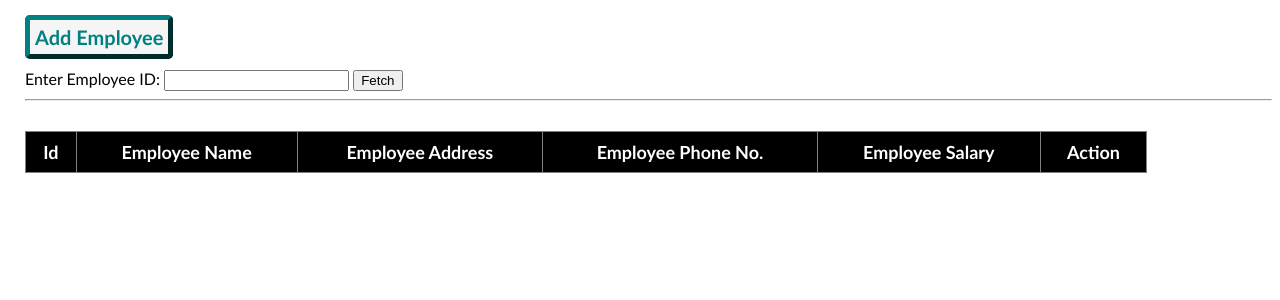
Repository: prieeyatambe/priyatambe_SpringMavenHibernate
Page: http://localhost/Project/WEB-INF/view/list.jsp
The author's editor kept a copy of each file at every save. The page is drawn from the files as they stood at one save, then again after the next save.
The browser window is 1280 px wide. The pictures show the whole page.
The page is served by Tomcat 9. Nobody is signed in. Other server files are loaded and not shown. The template is opened directly, without the code that normally fills it, so the values that code supplies are empty.

Above is the page before, as saved 2024-03-08 10:44:57.

### SpringMaven/mavenproject/Project/src/main/webapp/WEB-INF/view/list.jsp
<%@ page language="java" contentType="text/html; charset=UTF-8"
	pageEncoding="UTF-8"%>
<%@ taglib uri="http://java.sun.com/jsp/jstl/core" prefix="c"%>
<%@ taglib uri="http://www.springframework.org/tags/form" prefix="form"%>
<!DOCTYPE html>
<html>
<head>
<meta charset="UTF-8">
<title>Employee List</title>
<style type="text/css">
body {
	font-family: 'Trebuchet MS', 'Lucida Sans Unicode', 'Lucida Grande',
		'Lucida Sans', Arial, sans-serif;
	align-content: center;
	margin-left: 25px;
	margin-top: 25px;
}

a {
	font-size: 20px;
	text-decoration: none;
	margin-bottom: 30px;
	margin-top: 40px;
}

table {
	width: 90%;
	padding: 10px;
	border-collapse: collapse;
	font-size: 18px;
	margin-top: 30px;
}

th, tr {
	text-align: center;
	padding: 9px;
}

th {
	background-color: black;
	color: white;
}

td {
	background-color: whitesmoke;
	padding: 9px;
}

.link-button {
	background-color: whitesmoke;
	padding: 5px;
	color: teal;
	border: 5px outset teal;
	border-radius: 5px;
	font-weight: bold;
}
.link-button:hover{
	background-color: teal;
	color: whitesmoke;

}
.btn-delete {
	background-color: crimson;
	width: 70px;
	border: 2px solid crimson;
	border-radius: 5px;
	color: white;
	font-family: 'Trebuchet MS', 'Lucida Sans Unicode', 'Lucida Grande',
		'Lucida Sans', Arial, sans-serif;
	font-size: 17px;
}
.btn-delete:hover{
	background-color: white;
	color: crimson;
}

.btn-update {
	background-color: green;
	width: 70px;
	border: 2px solid green;
	border-radius: 5px;
	color: white;
	font-family: 'Trebuchet MS', 'Lucida Sans Unicode', 'Lucida Grande',
		'Lucida Sans', Arial, sans-serif;
	font-size: 17px;
}
.btn-update:hover{
	background-color: white;
	color: green;
}
.fetch-emp {
	margin-top: 20px;
}
</style>
</head>
<body>

	<a href="addEmp" class="link-button">Add Employee</a>
	<br>

	<div class="fetch-emp">
		<form action="fetchEmp" method="get">
			<label for="employeeId">Enter Employee ID:</label> <input type="text"
				id="employeeId" name="id"> <input type="submit"
				value="Fetch">
		</form>
	</div>
	<hr>
	<table border="1">
		<tr>
			<th>Id</th>
			<th>Employee Name</th>
			<th>Employee Address</th>
			<th>Employee Phone No.</th>
			<th>Employee Salary</th>
			<th colspan="2">Action</th>
		</tr>
		<c:forEach items="${emplist}" var="employee">
			<tr>
				<td>${employee.id}</td>
				<td>${employee.employeeName}</td>
				<td>${employee.employeeAddress}</td>
				<td>${employee.employeePhone}</td>
				<td>${employee.employeeSalary}</td>
				<td>
					<form action="update" method="get">
						<input type="hidden" name="id" value="${employee.id}"> <input
							type="submit" value="Update" class="btn-update">
					</form>
				</td>
				<td>
					<form action="delete" method="get">
						<input type="hidden" name="id" value="${employee.id}"> <input
							type="submit" value="Delete" class="btn-delete">
					</form>
				</td>
			</tr>
		</c:forEach>
	</table>

</body>
</html>

After the next save:
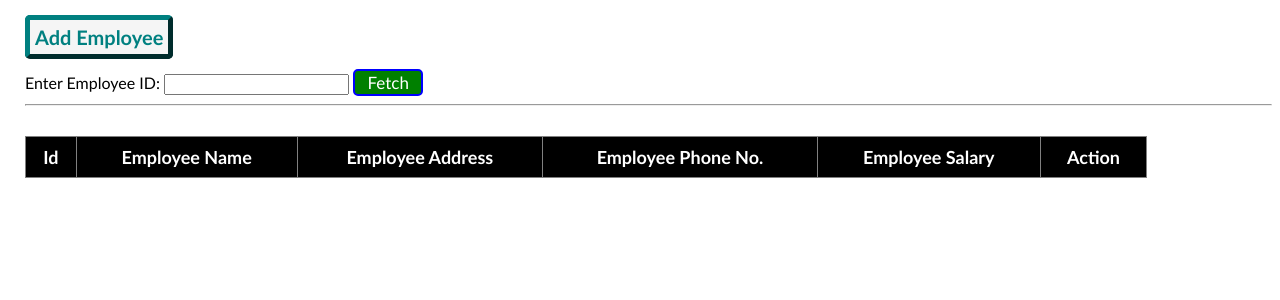
Saved 47 min 41 s later.
--- a/SpringMaven/mavenproject/Project/src/main/webapp/WEB-INF/view/list.jsp
+++ b/SpringMaven/mavenproject/Project/src/main/webapp/WEB-INF/view/list.jsp
@@ -88,6 +88,20 @@ td {
 	background-color: white;
 	color: green;
 }
+.fetch{
+	background-color: green;
+	width: 70px;
+	border: 2px solid blue;
+	border-radius: 5px;
+	color: white;
+	font-family: 'Trebuchet MS', 'Lucida Sans Unicode', 'Lucida Grande',
+		'Lucida Sans', Arial, sans-serif;
+	font-size: 17px;
+}
+.fetch:hover{
+	background-color: white;
+	color: blue;
+}
 .fetch-emp {
 	margin-top: 20px;
 }
@@ -102,7 +116,7 @@ td {
 		<form action="fetchEmp" method="get">
 			<label for="employeeId">Enter Employee ID:</label> <input type="text"
 				id="employeeId" name="id"> <input type="submit"
-				value="Fetch">
+				value="Fetch" class="fetch">
 		</form>
 	</div>
 	<hr>
